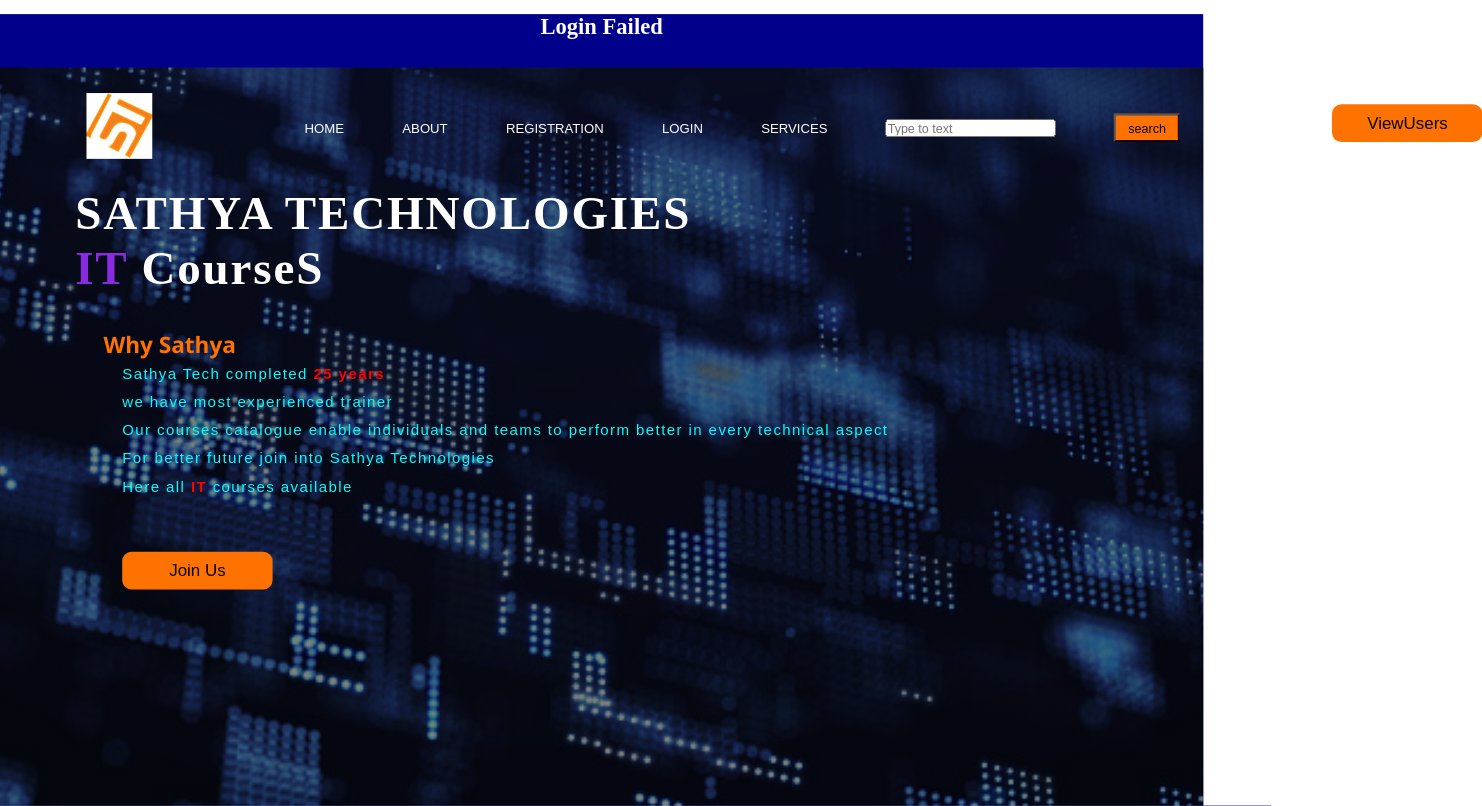
Repository: sainath0323/Website-design-using-J2EE
Page: http://localhost/AdvanceJavaApplication/loginfail.jsp
An editor plug-in stored every save of this project. The page is shown before and after the next save, followed by the edit.
The browser window is 1280 px wide. The page is 1577 px wide, then 1487 px, then 1577 px, so the pictures cover 1577 px, including what lies to the right of the window. The pictures show the whole page, at 94% of full size.
The page is served by Tomcat 9.

Above is the page before, as saved 2023-04-28 09:19:05.

After the next save:
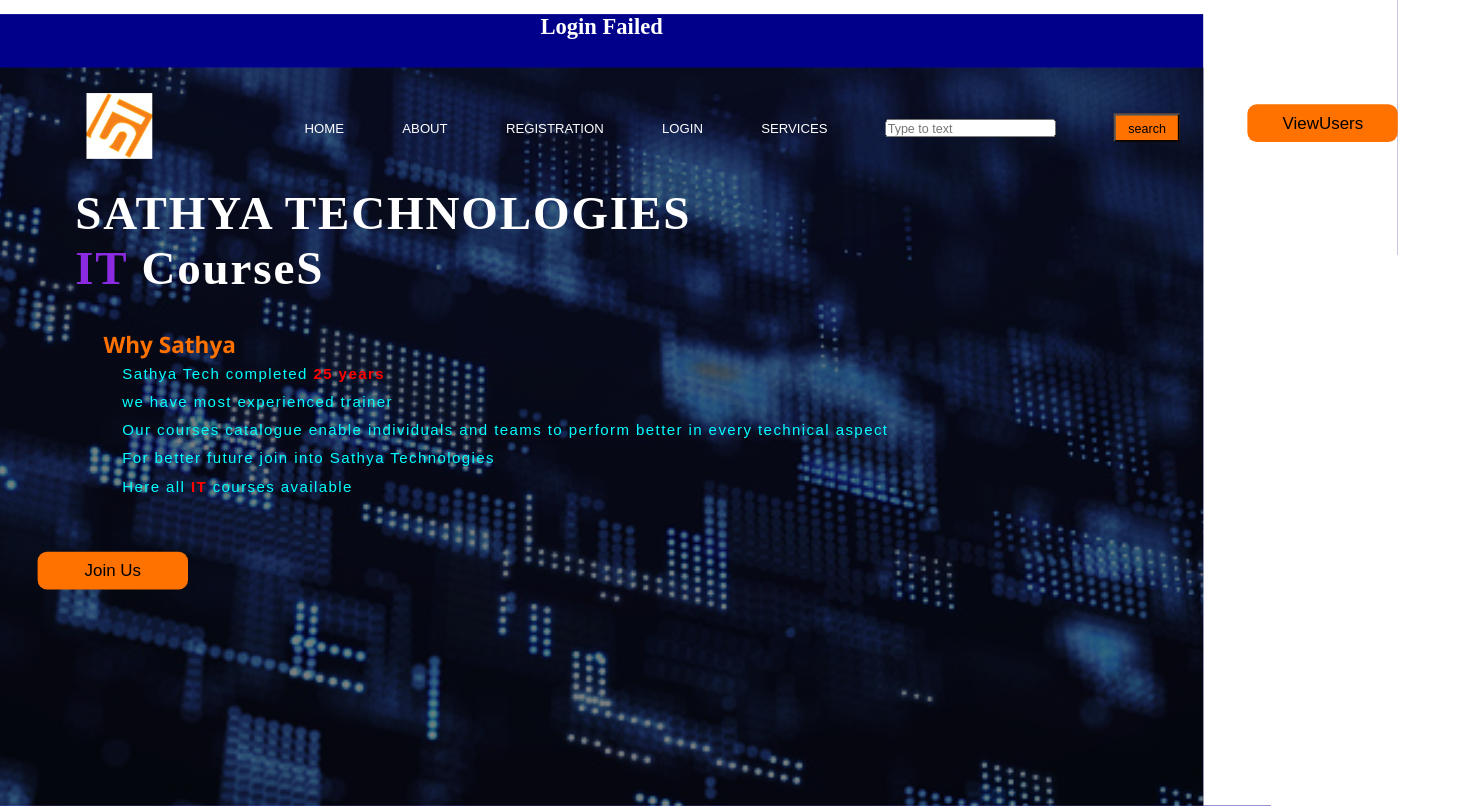
Saved 41 s later.
--- a/AdvanceJavaApplication/src/main/webapp/index.css
+++ b/AdvanceJavaApplication/src/main/webapp/index.css
@@ -94,7 +94,7 @@
     background:#ff7200;
     border: none;
     margin-bottom: 10px;
-    margin-left: 100px;
+    margin-left: 10px;
     font-size: 18px;
     border-radius: 10px;
     cursor: pointer;

After the save that followed:
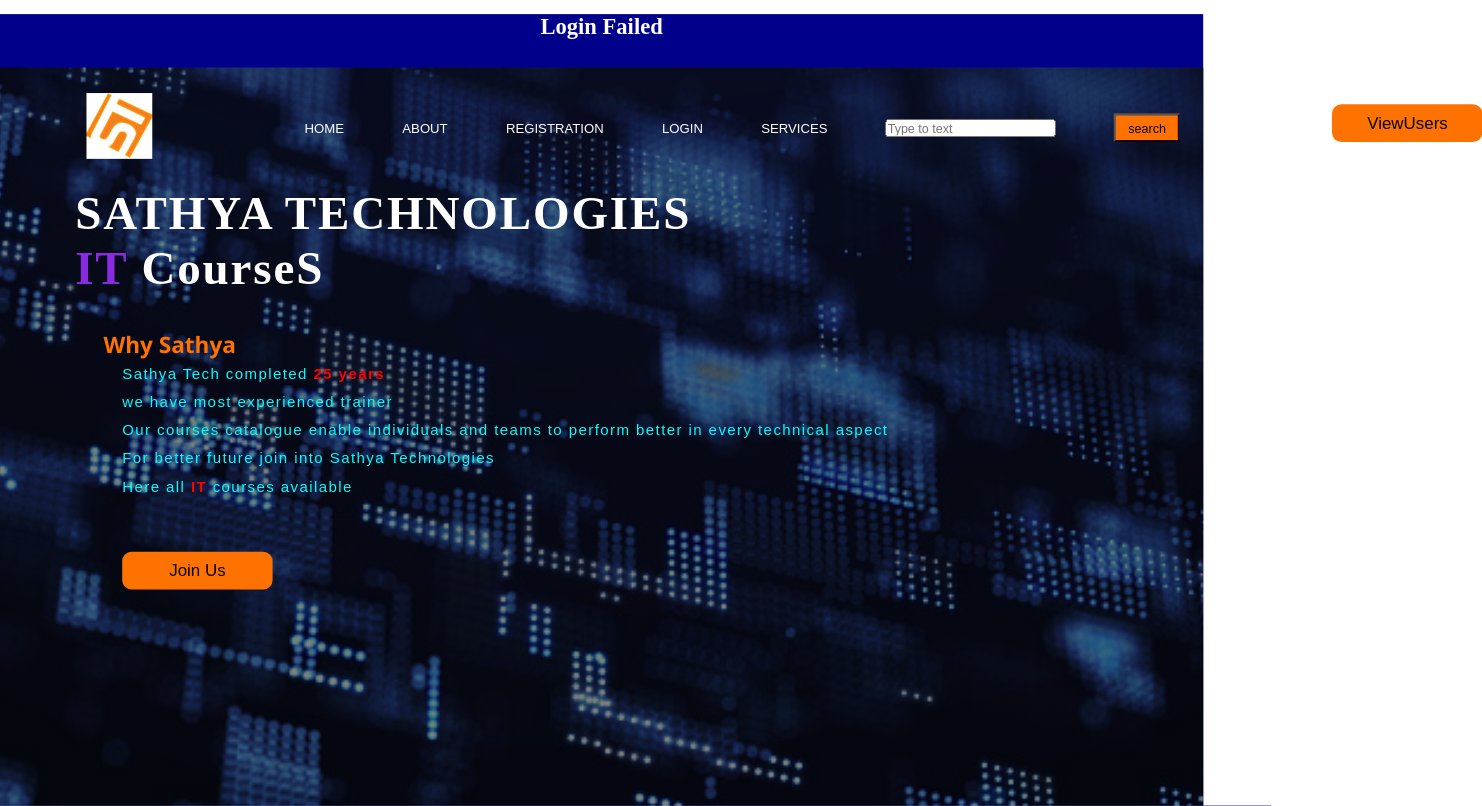
Saved 6 s later.
--- a/AdvanceJavaApplication/src/main/webapp/index.css
+++ b/AdvanceJavaApplication/src/main/webapp/index.css
@@ -94,7 +94,7 @@
     background:#ff7200;
     border: none;
     margin-bottom: 10px;
-    margin-left: 10px;
+    margin-left: 100px;
     font-size: 18px;
     border-radius: 10px;
     cursor: pointer;
